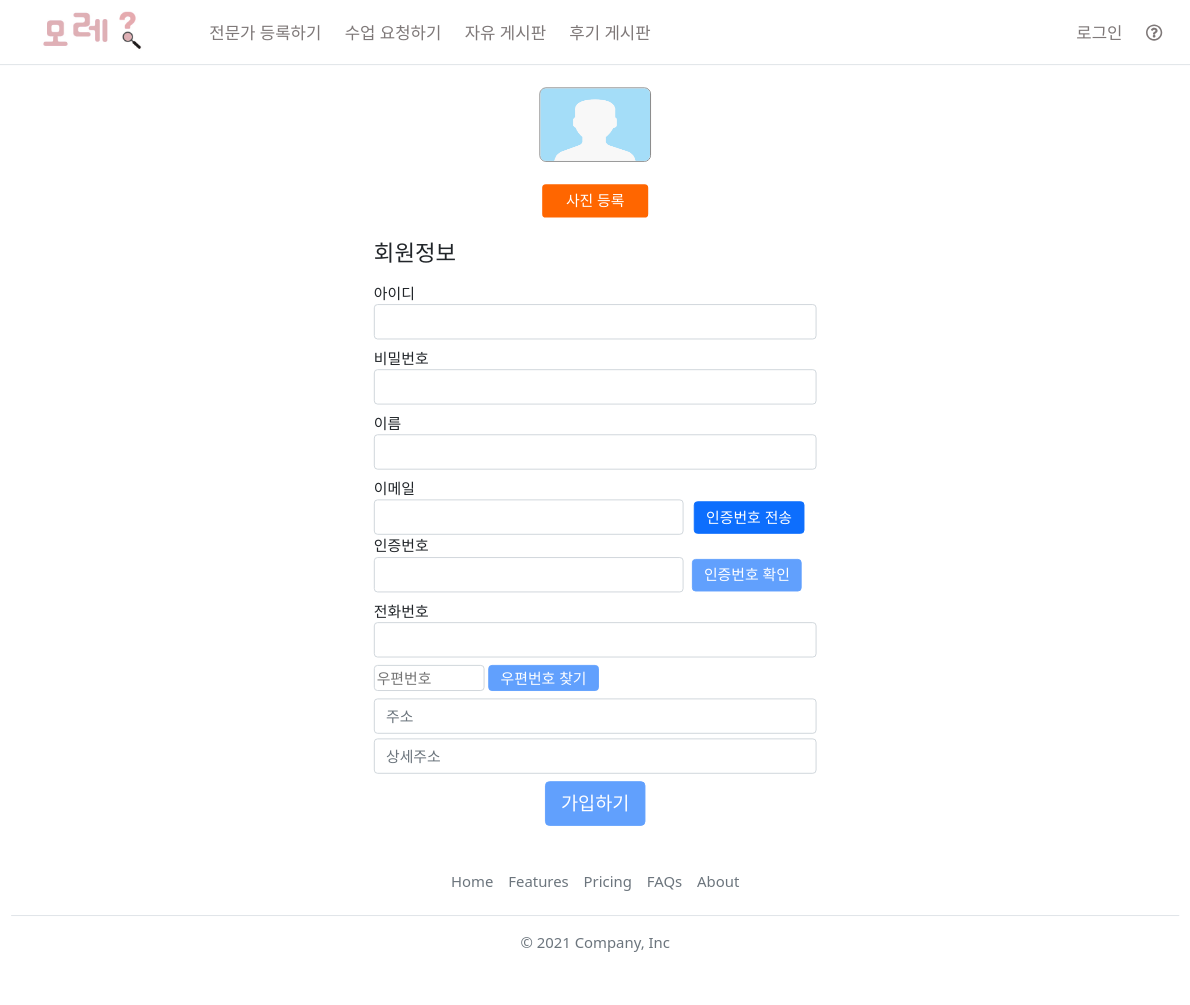
Repository: isssson/MVC2_more
Page: http://localhost/more/WEB-INF/views/member/join.jsp
An editor plug-in stored every save of this project. The page is shown before and after the next save, followed by the edit.
The browser window is 1280 px wide. The pictures show the whole page, at 93% of full size.
Some web libraries are served in a nearby version. The page is served by Tomcat 9. Nobody is signed in. The template is opened directly, without the code that normally fills it, so the values that code supplies are empty.

Above is the page before, as saved 2021-12-11 10:54:07.

After the next save:
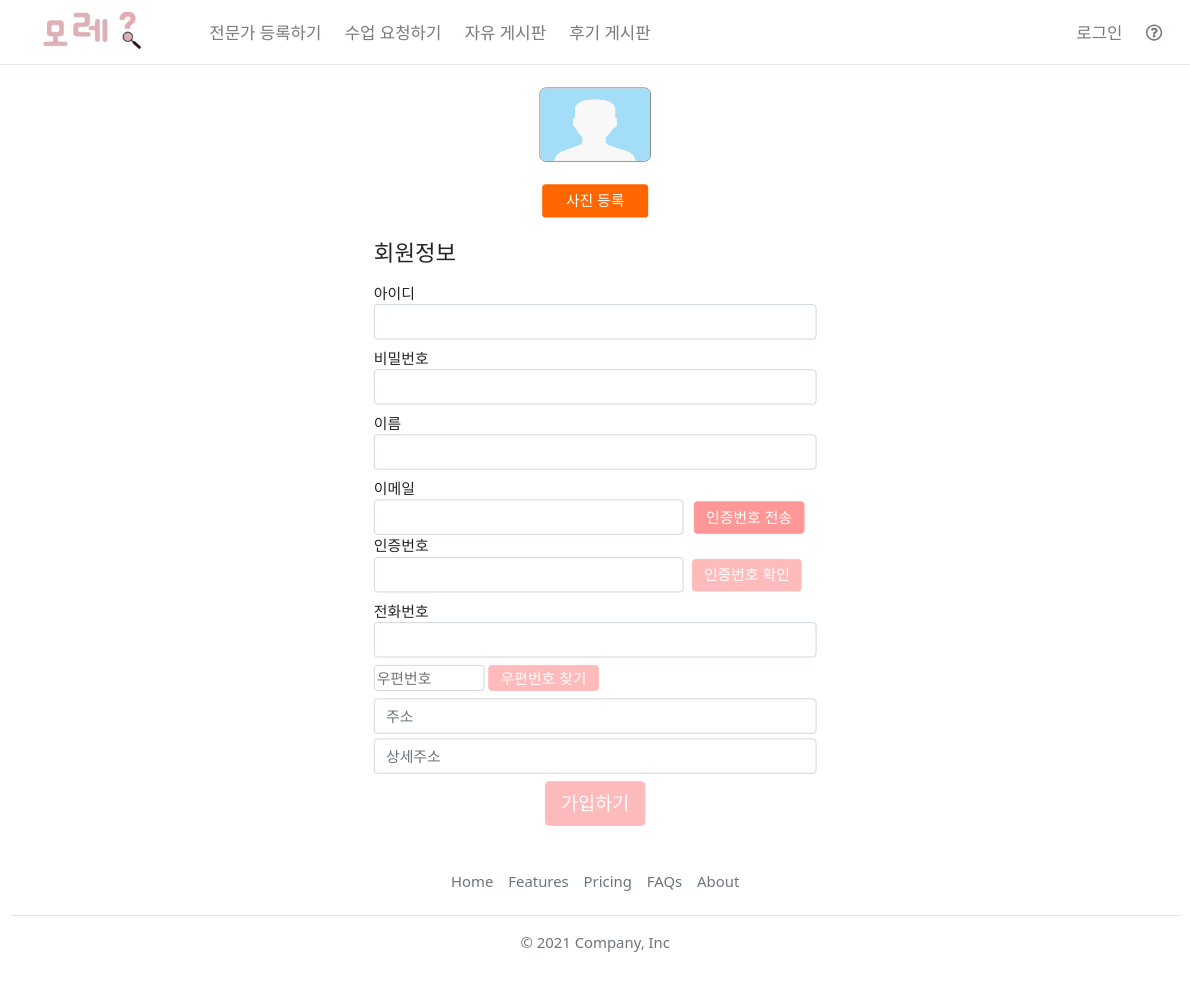
Saved 31 s later.
--- a/more/src/main/webapp/WEB-INF/views/member/join.jsp
+++ b/more/src/main/webapp/WEB-INF/views/member/join.jsp
@@ -20,6 +20,18 @@
      color: white;
      cursor: pointer;
    }
+   .btn-primary{
+	background-color: #ff9797;
+	border-color: #ff9797;
+}
+.btn-primary:hover{
+	background-color: #ff9797;
+	border-color: #ff9797;
+}
+.btn-primary:disabled{
+	background-color: #ff9797;
+	border-color: #ff9797;
+}
 </style>
 </head>
 <body>
